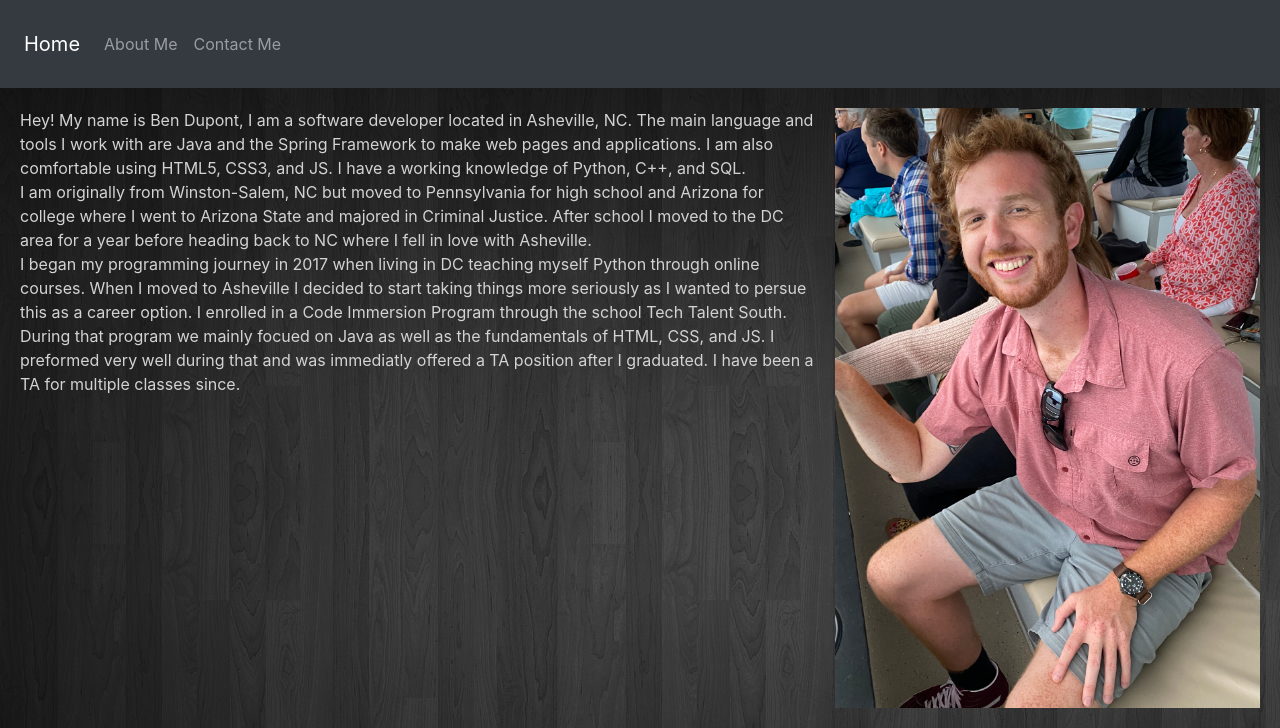
Repository: dupbd/portfolioWebPage
Page: BensSite/src/main/resources/static/aboutMe.html
The author's editor kept a copy of each file at every save. The page is drawn from the files as they stood at one save, then again after the next save.
The browser window is 1280 px wide. The pictures show the whole page.

Above is the page before, as saved 2021-02-07 18:57:40.

After the next save:
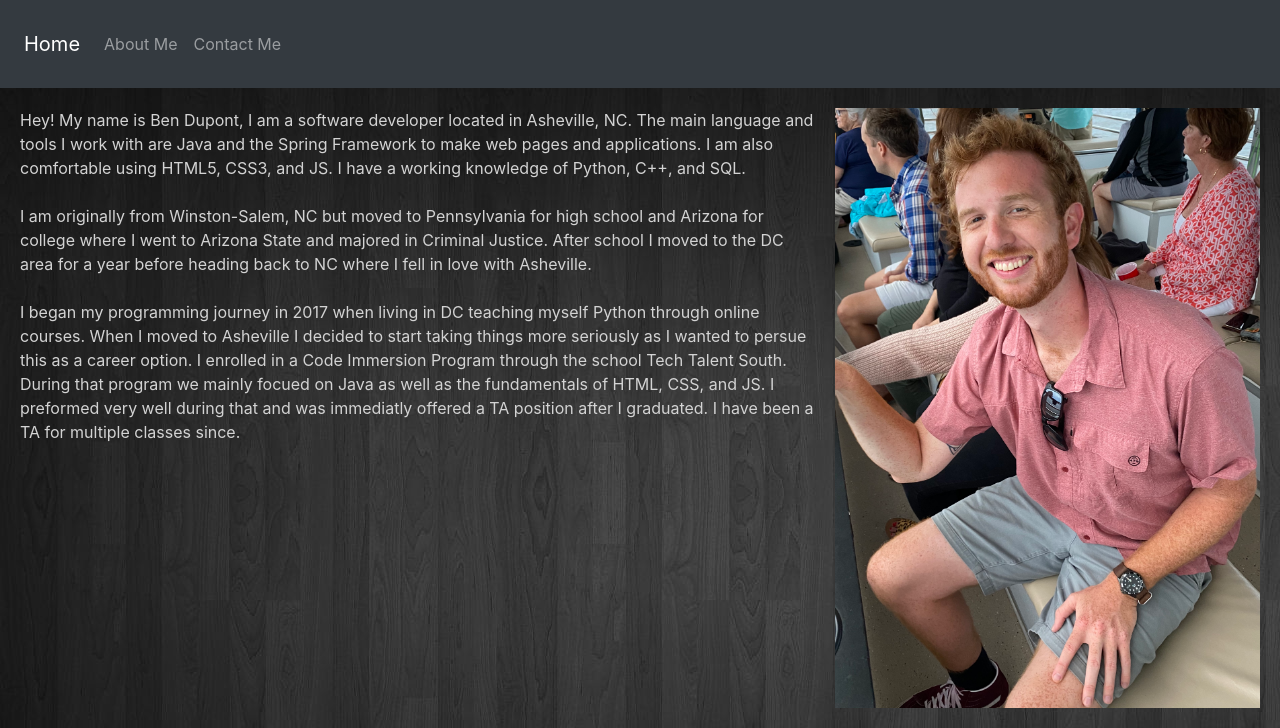
Saved 19 s later.
--- a/BensSite/src/main/resources/static/aboutMe.html
+++ b/BensSite/src/main/resources/static/aboutMe.html
@@ -32,10 +32,10 @@
 <p class="aboutme" style="margin:20px;">Hey! My name is Ben Dupont, I am a software developer located in Asheville, NC.
 The main language and tools I work with are Java and the Spring Framework to make web pages and applications.
 I am also comfortable using HTML5, CSS3, and JS. I have a working knowledge of Python, C++, and SQL.
-<br>I am originally from Winston-Salem, NC but moved to Pennsylvania for high school and Arizona for college where I went to
+<br><br>I am originally from Winston-Salem, NC but moved to Pennsylvania for high school and Arizona for college where I went to
 Arizona State and majored in Criminal Justice. After school I moved to the DC area for a year before heading back to NC where I fell in
 love with Asheville.
-<br>I began my programming journey in 2017 when living in DC teaching myself Python through online courses. When I moved to
+<br><br>I began my programming journey in 2017 when living in DC teaching myself Python through online courses. When I moved to
 Asheville I decided to start taking things more seriously as I wanted to persue this as a career option. I enrolled in a
 Code Immersion Program through the school Tech Talent South. During that program we mainly focued on Java as well as the fundamentals
 of HTML, CSS, and JS. I preformed very well during that and was immediatly offered a TA position after I graduated.
